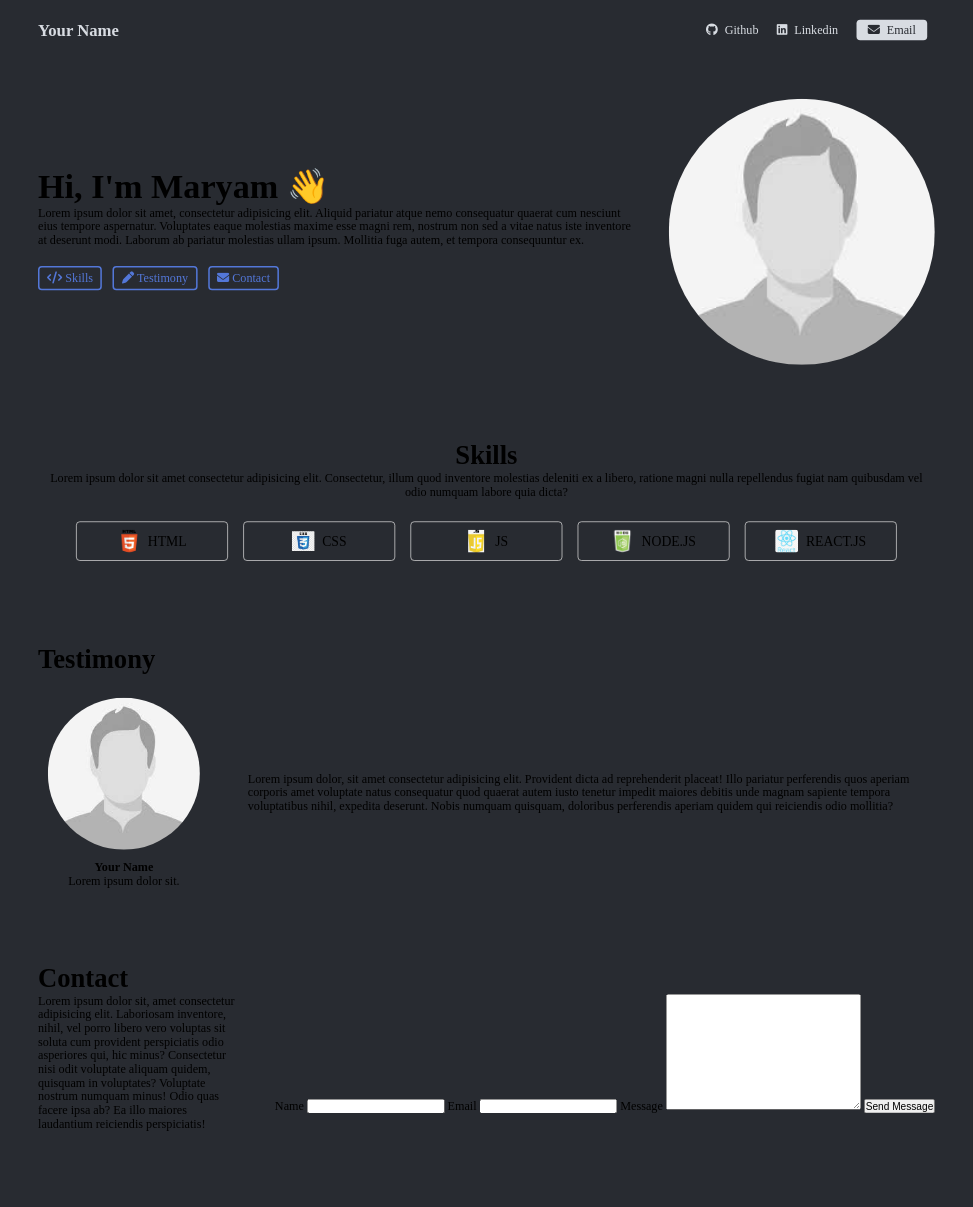
Repository: MaramMaryam/my-portfolio-test
Page: index.html
The author's editor kept a copy of each file at every save. The page is drawn from the files as they stood at one save, then again after the next save.
The browser window is 1280 px wide. The pictures show the whole page, at 76% of full size.
Some web libraries are served in a nearby version.

Above is the page before, as saved 2024-09-20 19:31:30.

After the next save:
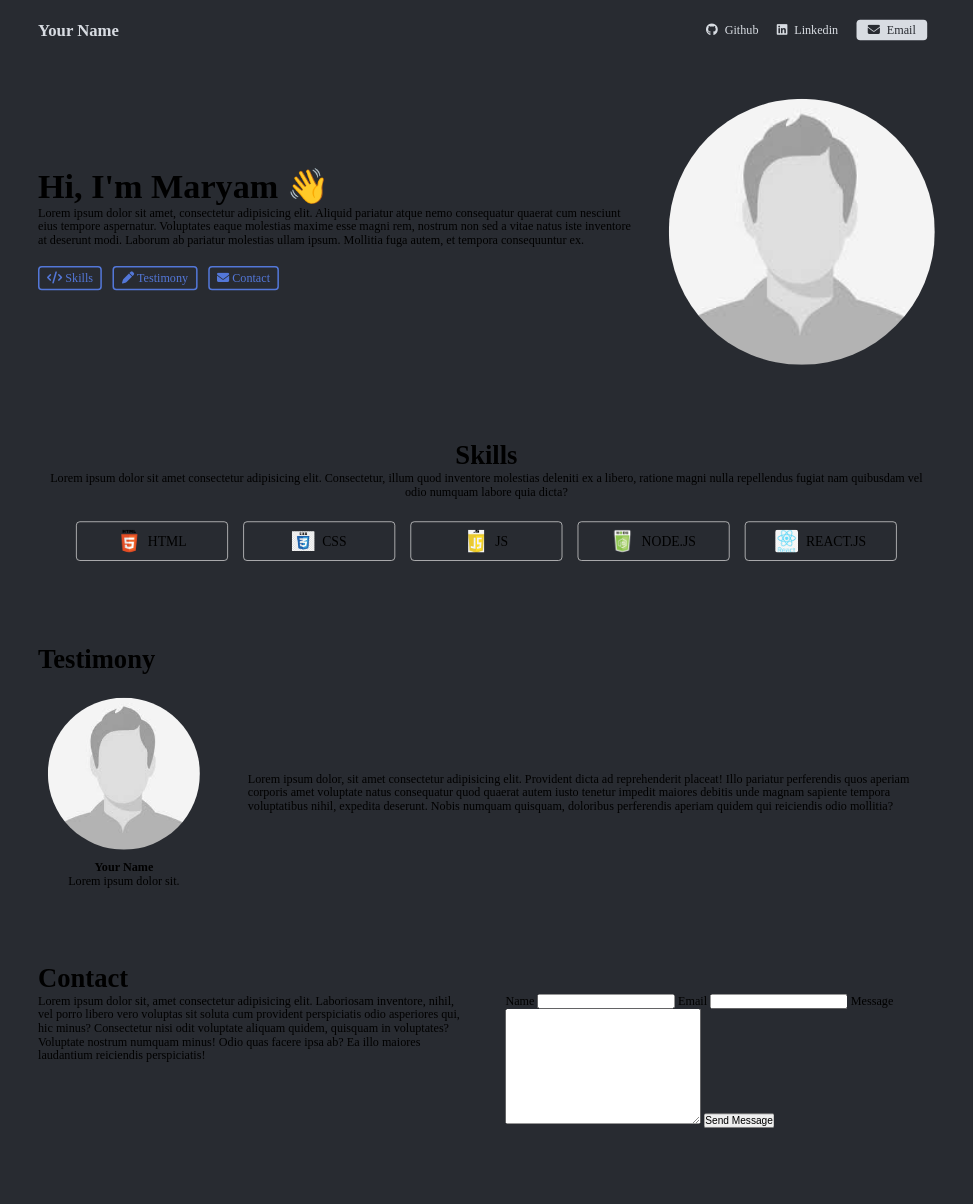
Saved 5 s later.
--- a/styles.css
+++ b/styles.css
@@ -179,7 +179,7 @@ nav .right a span {
   .contact-section .group .text{
     flex: 3;
   }
-  .contact-section .group .text{
+  .contact-section .group form{
     flex: 3;
   }
 @media (max-width: 850px) {
